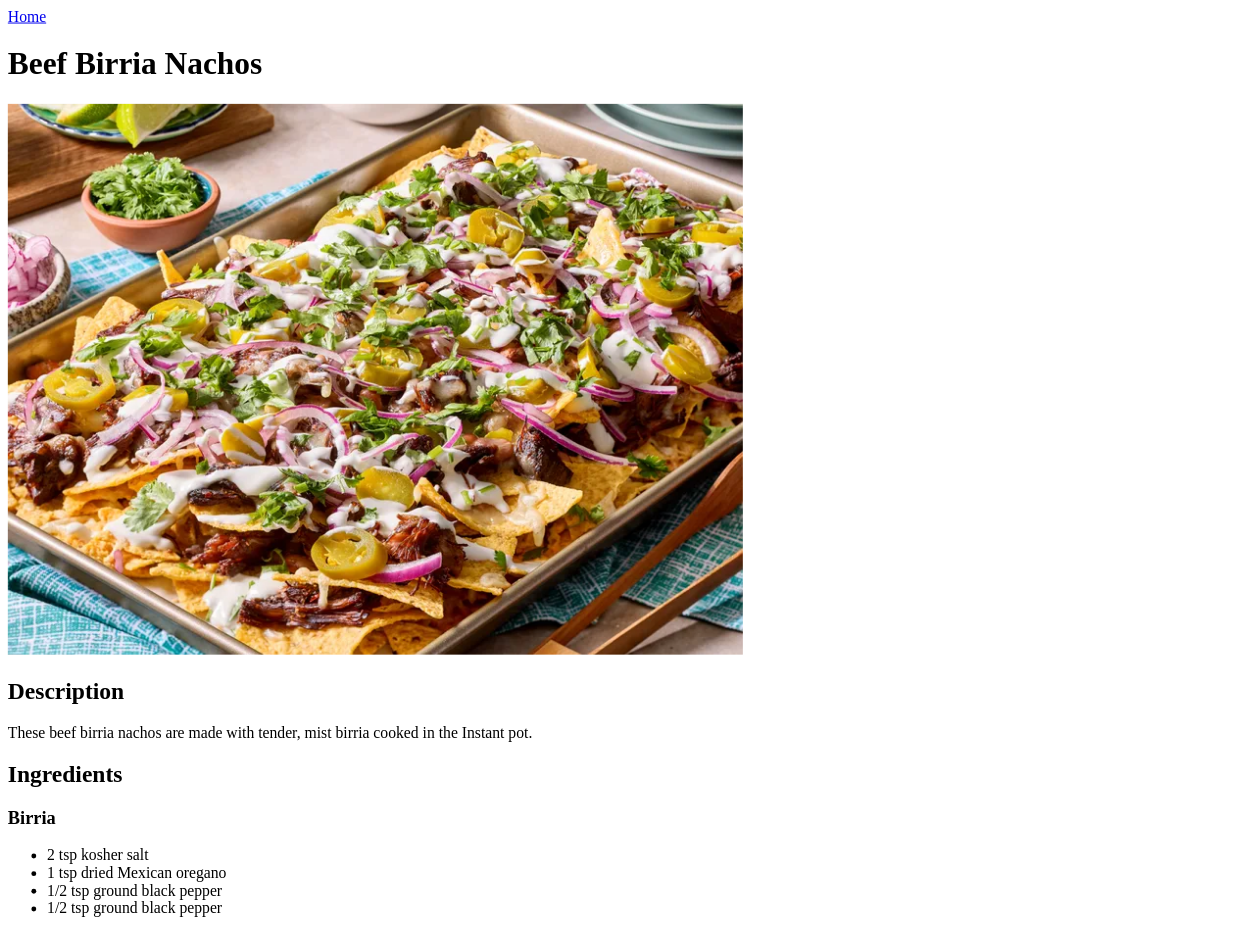
Repository: itsDevAK/odin-recipes
Page: recipes/nachos.html
An editor plug-in stored every save of this project. The page is shown before and after a run of saves, followed by the edit.
The browser window is 1280 px wide. The pictures show the whole page, at 98% of full size.

Above is the page before, as saved 2026-09-17 10:21:39.

### recipes/nachos.html
<!DOCTYPE html>
<html lang="en">
<head>
    <meta charset="UTF-8">
    <meta name="viewport" content="width=device-width, initial-scale=1.0">
    <title>Beef Birria Nachos</title>
</head>
<body>
    <a href="../index.html">Home</a>
    <h1>Beef Birria Nachos</h1>
    <img src="../images/nachos.webp" alt="">
    <h2>Description</h2>
    <p>These beef birria nachos are made with tender, mist birria cooked in the Instant pot.</p>
    <h2>Ingredients</h2>
    <h3>Birria</h3>
    <ul>
        <li>2 tsp kosher salt</li>
        <li>1 tsp dried Mexican oregano</li>
        <li>1/2 tsp ground black pepper</li>
        <li>1/2 tsp ground black pepper</li>
    </ul>
</body>
</html>

After the next 4 saves:
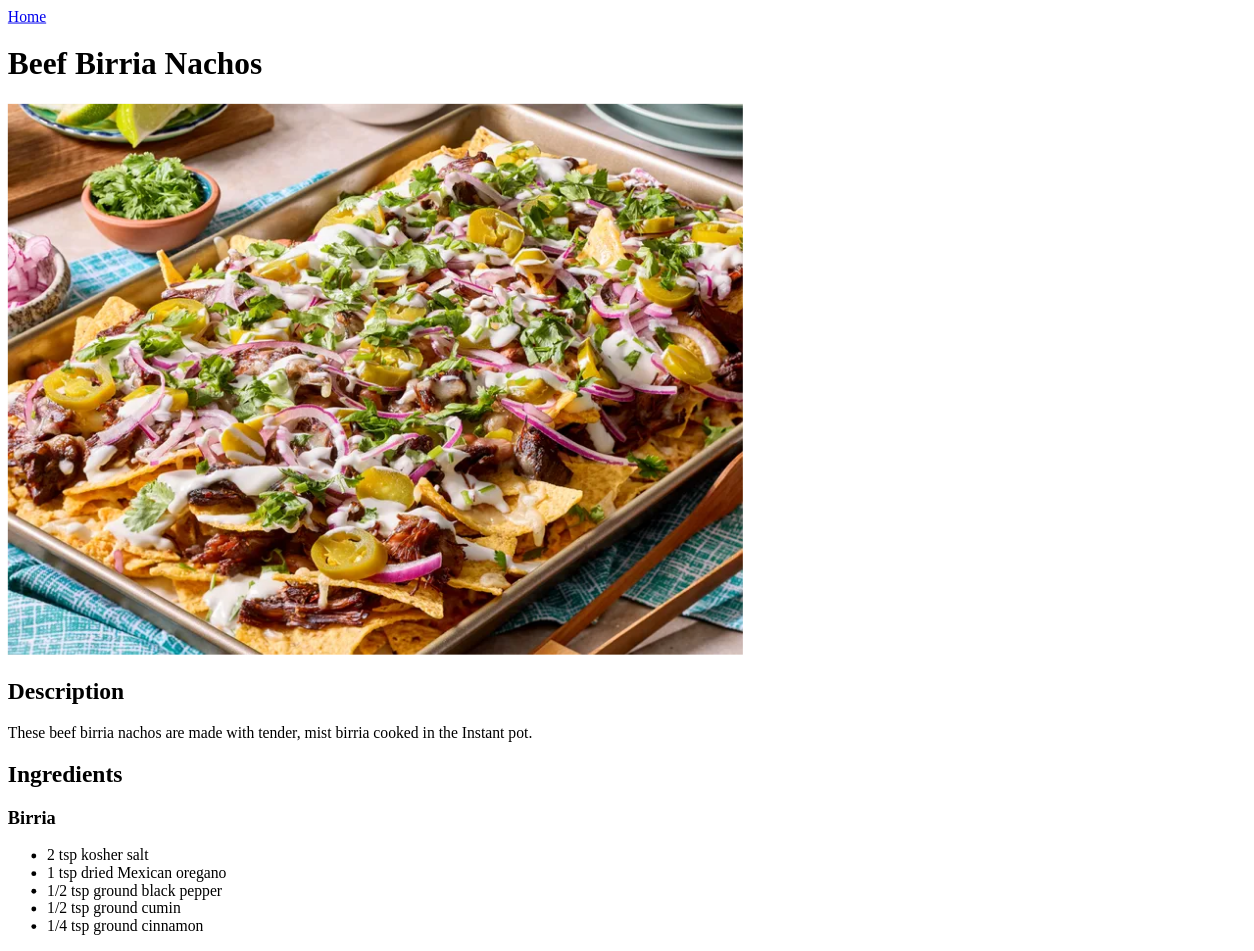
The 4 saves are shown as one change because they came seconds apart.
The last was saved 14 s later.
--- a/recipes/nachos.html
+++ b/recipes/nachos.html
@@ -17,7 +17,8 @@
         <li>2 tsp kosher salt</li>
         <li>1 tsp dried Mexican oregano</li>
         <li>1/2 tsp ground black pepper</li>
-        <li>1/2 tsp ground black pepper</li>
+        <li>1/2 tsp ground cumin</li>
+        <li>1/4 tsp ground cinnamon</li>
     </ul>
 </body>
 </html>
